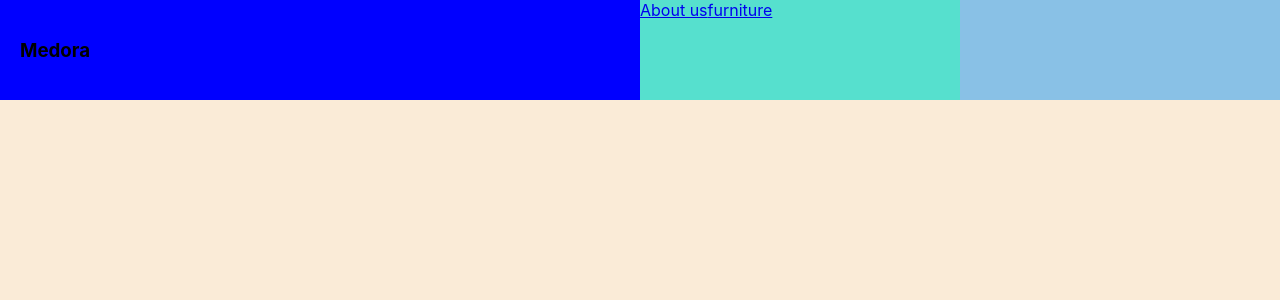
Repository: SbuKhoza/medora
Page: /
An editor plug-in stored every save of this project. The page is shown before and after a run of saves, followed by the edit.
The browser window is 1280 px wide. The pictures show the whole page.
The project was rebuilt for these pictures with package versions that can differ from the ones it lists, and the page was loaded fresh each time.

Above is the page before, as saved 2024-07-09 13:56:33.

After the next 2 saves:
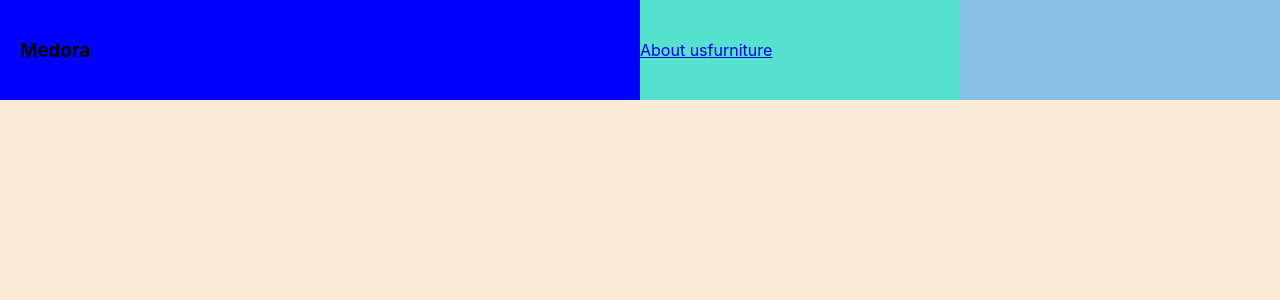
The 2 saves are shown as one change because they came seconds apart.
The last was saved 8 s later.
--- a/src/App.css
+++ b/src/App.css
@@ -37,6 +37,6 @@ body {
 
 .menucenter {
   display: flex;
-  ali
+  align-items: center;
 
 }
